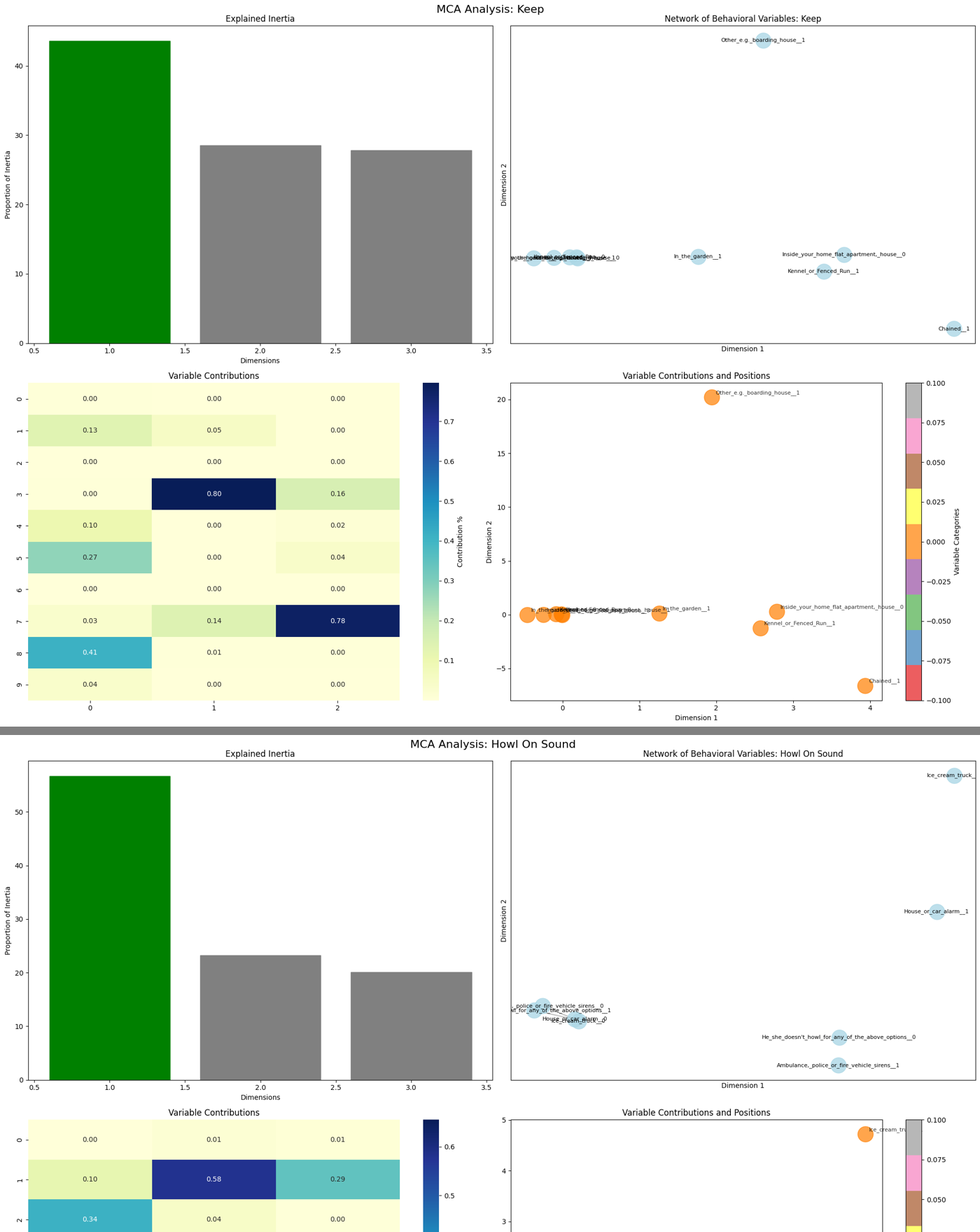
Repository: farkas99/Exploring-individual-and-demographic-factors-potentially-affecting-dogs-vocal-behaviour
Script's output: python Exploring_Dogs_Vocal_Behaviour_Analysis/MCA/scripts/mca_visualization.py
These files come from the project's save history. The script's output is drawn as it stood at one moment and after the next save; the edit follows.
The pictures show rows 0 to 1760 of an output 4213 px tall, at 70% of full size.
Each picture stacks the figures in order, with grey between them; figures that are only written to a file come last. Figures wider than 1,400 px are first shrunk to that width. Random numbers start from a fixed seed.

Above is the script's output before, as saved 2025-01-16 09:42:29.

### Exploring_Dogs_Vocal_Behaviour_Analysis/MCA/scripts/mca_visualization.py
import json
import numpy as np
import matplotlib.pyplot as plt
import networkx as nx
import seaborn as sns
import os
import pandas as pd

def load_mca_results(filepath):
    """
    Load MCA results from JSON file
    """
    with open(filepath, 'r') as f:
        results = json.load(f)
    return results

def plot_mca_results(results, filepath, title):
    """
    Create MCA visualization from loaded results
    """
    # Extract data
    col_coords = np.array(results['column_coordinates']['coordinates'])
    columns = results['column_coordinates']['columns']
    contributions = results['contributions']
    explained_inertia = results['explained_inertia']

    # Create DataFrame with coordinates
    mca_df = pd.DataFrame(col_coords,
                          columns=[f'Dim{i+1}' for i in range(col_coords.shape[1])],
                          index=columns)

    plt.figure(figsize=(20, 15))
    plt.suptitle(f'MCA Analysis: {title}', fontsize=16)

    # Network Visualization Subplot
    plt.subplot(2, 2, 2)

    # Create graph
    G = nx.Graph()

    # Compute pairwise distances between variables
    from scipy.spatial.distance import pdist, squareform
    distances = pdist(mca_df.values)
    dist_matrix = squareform(distances)

    # Add nodes with positions
    for idx, row in mca_df.iterrows():
        G.add_node(idx, pos=(row['Dim1'], row['Dim2']))

    # Add edges based on proximity
    for i, node1 in enumerate(G.nodes()):
        for j, node2 in enumerate(G.nodes()):
            if i < j:
                distance = dist_matrix[i, j]
                if distance < np.percentile(distances, 20):  # Connect closest 20%
                    G.add_edge(node1, node2, weight=1/distance)

    # Draw network
    pos = nx.get_node_attributes(G, 'pos')

    if pos:
        nx.draw_networkx_nodes(G, pos, node_color='lightblue',
                                node_size=500, alpha=0.8)
        nx.draw_networkx_edges(G, pos, alpha=0.2)
        nx.draw_networkx_labels(G, pos, font_size=8)

    plt.title(f'Network of Behavioral Variables: {title}')
    plt.xlabel('Dimension 1')
    plt.ylabel('Dimension 2')

    # Explained Inertia Subplot
    plt.subplot(2, 2, 1)
    bars = plt.bar(range(1, len(explained_inertia) + 1), explained_inertia)
    plt.title('Explained Inertia')
    plt.xlabel('Dimensions')
    plt.ylabel('Proportion of Inertia')

    # Color bars with flexible significance
    for i, bar in enumerate(bars):
        if explained_inertia[i] > np.mean(explained_inertia):
            bar.set_color('green')
        else:
            bar.set_color('gray')

    # Variable Contributions Subplot
    plt.subplot(2, 2, 3)
    contrib_df = pd.DataFrame(contributions['contributions'])
    sns.heatmap(contrib_df.iloc[:, :3],
                cmap='YlGnBu',
                annot=True,
                fmt='.2f',
                cbar_kws={'label': 'Contribution %'})
    plt.title('Variable Contributions')

    # Scatter Plot Subplot
    plt.subplot(2, 2, 4)

    # Compute point sizes based on contributions
    point_sizes = np.full(len(mca_df), 500)  # Default size
    point_colors = np.zeros(len(mca_df))

    # Map contributions to point sizes and colors
    for i, idx in enumerate(mca_df.index):
        try:
            contrib_index = list(contributions['columns']).index(idx)
            point_sizes[i] = max(contributions['contributions'][idx][0] * 1000, 100)
            point_colors[i] = contrib_index
        except (KeyError, ValueError):
            pass

    # Scatter plot with variable sizes and colors
    scatter = plt.scatter(mca_df['Dim1'], mca_df['Dim2'],
                          alpha=0.7,
                          c=point_colors,
                          s=point_sizes,
                          cmap='Set1')

    plt.colorbar(scatter, label='Variable Categories')
    plt.title('Variable Contributions and Positions')
    plt.xlabel('Dimension 1')
    plt.ylabel('Dimension 2')

    # Annotate points
    for idx, row in mca_df.iterrows():
        plt.annotate(idx,
                     (row['Dim1'], row['Dim2']),
                     xytext=(5, 5),
                     textcoords='offset points',
                     fontsize=8,
                     alpha=0.8)

    plt.tight_layout()

    # Save plot
    plt.savefig(filepath, dpi=300, bbox_inches='tight')
    plt.close()

def main():
    # Define paths
    base_dir = 'Exploring_Dogs_Vocal_Behaviour_Analysis/MCA'
    input_files = [
        f'{base_dir}/data/processed/mca_keep_results.json',
        f'{base_dir}/data/processed/mca_howl_on_sound_results.json',
        f'{base_dir}/data/processed/mca_grow_to_whom_results.json',
        f'{base_dir}/data/processed/mca_problems_results.json'
    ]

    # Process each file
    for input_file in input_files:
        # Extract filename without extension
        filename = os.path.splitext(os.path.basename(input_file))[0].replace('mca_', '').replace('_results', '')

        # Load results
        results = load_mca_results(input_file)

        # Define output plot path
        output_plot = f'{base_dir}/results/mca_{filename}_visualization.png'

        # Create visualization
        plot_mca_results(results, output_plot, filename.replace('_', ' ').title())

if __name__ == "__main__":
    main()

### Exploring_Dogs_Vocal_Behaviour_Analysis/MCA/data/processed/mca_keep_results.json
{
  "column_coordinates": {
    "coordinates": [
      [
        -0.08282311391710523,
        0.04091736116938046,
        -0.0037730493700834865
      ],
      [
        2.576560434674149,
        -1.2729061839646512,
        0.1173765301165096
      ],
      [
        -0.0038330577333187408,
        -0.03983878231461946,
        -0.017540610881054772
      ],
      [
        1.9430118109995504,
        20.194640926029592,
        8.89149511570657
      ],
      [
        -0.45781370178602016,
        -0.03652340072659681,
        0.14355235261575114
      ],
      [
        1.2599869374876556,
        0.10051907063640102,
        -0.39508229752809715
      ],
      [
        -0.012729673376887183,
        0.021413038175134628,
        -0.04971500575829267
      ],
      [
        3.9384195019942525,
        -6.624956088739863,
        15.381270392663476
      ],
      [
        2.7892820960343263,
        0.2675941744870832,
        -0.23691181049069931
      ],
      [
        -0.24788786509289495,
        -0.02378151307076628,
        0.021054723364601406
      ]
    ],
    "columns": [
      "Kennel_or_Fenced_Run__0",
      "Kennel_or_Fenced_Run__1",
      "Other_e.g._boarding_house__0",
      "Other_e.g._boarding_house__1",
      "In_the_garden__0",
      "In_the_garden__1",
      "Chained__0",
      "Chained__1",
      "Inside_your_home_flat_apartment,_house__0",
      "Inside_your_home_flat_apartment,_house__1"
    ]
  },
  "contributions": {
    "contributions": {
      "0": [
        0.004317709194827757,
        0.13432045903219936,
        9.526332556134265e-06,
        0.004828984575727832,
        0.09987614676228301,
        0.2748774005586541,
        0.0001049358756337324,
        0.03246599396690312,
        0.41253611366224,
        0.036662730038975196
      ],
      "1": [
        0.0016084021390347291,
        0.05003609642870667,
        0.0015706385625507769,
        0.7961709658893668,
        0.0009701876689728915,
        0.0026701336920422346,
        0.000453184638466161,
        0.14021029175655766,
        0.0057950812815284235,
        0.0005150179427746989
      ],
      "2": [
        1.4034094903461935e-05,
        0.0004365894006462068,
        0.00031244501487388257,
        0.15838121844879627,
        0.015379916896930496,
        0.04232834079491001,
        0.0025067649405581013,
        0.7755652196648917,
        0.0046612207597723455,
        0.00041424998371783684
      ]
    },
    "columns": [
      0,
      1,
      2
    ],
    "point_contributions": {
      "0": [
        0.004317709194827757,
        0.13432045903219936,
        9.526332556134265e-06,
        0.004828984575727832,
        0.09987614676228301,
        0.2748774005586541,
        0.0001049358756337324,
        0.03246599396690312,
        0.41253611366224,
        0.036662730038975196
      ],
      "1": [
        0.0016084021390347291,
        0.05003609642870667,
        0.0015706385625507769,
        0.7961709658893668,
        0.0009701876689728915,
        0.0026701336920422346,
        0.000453184638466161,
        0.14021029175655766,
        0.0057950812815284235,
        0.0005150179427746989
      ],
      "2": [
        1.4034094903461935e-05,
        0.0004365894006462068,
        0.00031244501487388257,
        0.15838121844879627,
        0.015379916896930496,
        0.04232834079491001,
        0.0025067649405581013,
        0.7755652196648917,
        0.0046612207597723455,
        0.00041424998371783684
      ]
    }
  },
  "eigenvalues": [
    0.3078499393412026,
    0.20170187922611116,
    0.1965576350956544
  ],
  "explained_inertia": [
    43.598048113393745,
    28.56524270844632,
    27.83670917815993
  ]
}

### Exploring_Dogs_Vocal_Behaviour_Analysis/MCA/data/processed/mca_howl_on_sound_results.json
{
  "column_coordinates": {
    "coordinates": [
      [
        -0.07393286471112662,
        -0.11501795601311914,
        0.0753121341413081
      ],
      [
        3.0318033393569728,
        4.716600993199621,
        -3.0883637564413084
      ],
      [
        2.0808541358751405,
        -0.4388295742955237,
        -0.1446217495671108
      ],
      [
        -0.4426388220442031,
        0.09334772798124821,
        0.03076390592050547
      ],
      [
        -0.1066624518544471,
        -0.07518907631168721,
        -0.14095625313344823
      ],
      [
        2.8879260833756533,
        2.0357725787304957,
        3.8164436778041133
      ],
      [
        -0.37531063605715687,
        0.1791498845457121,
        0.05530774658377981
      ],
      [
        2.0742927794233643,
        -0.9901379717123426,
        -0.3056786788409616
      ]
    ],
    "columns": [
      "Ice_cream_truck__0",
      "Ice_cream_truck__1",
      "He_she_doesn't_howl_for_any_of_the_above_options__0",
      "He_she_doesn't_howl_for_any_of_the_above_options__1",
      "House_or_car_alarm__0",
      "House_or_car_alarm__1",
      "Ambulance,_police_or_fire_vehicle_sirens__0",
      "Ambulance,_police_or_fire_vehicle_sirens__1"
    ]
  },
  "contributions": {
    "contributions": {
      "0": [
        0.0023909207443113235,
        0.09804572736446554,
        0.34031753710010576,
        0.07239226966748508,
        0.004916156391416761,
        0.1331067871203702,
        0.05344531859311615,
        0.29538528301872924
      ],
      "1": [
        0.014130744070021585,
        0.5794667530668998,
        0.03696038266151368,
        0.007862204256193443,
        0.005965621460778852,
        0.16152144940038501,
        0.02973751125686081,
        0.16435533382734657
      ],
      "2": [
        0.006991927368963156,
        0.28672159300996275,
        0.00463281719241719,
        0.0009854918273429468,
        0.024196254649548422,
        0.6551227138279767,
        0.0032709713653057554,
        0.018078230758483128
      ]
    },
    "columns": [
      0,
      1,
      2
    ],
    "point_contributions": {
      "0": [
        0.0023909207443113235,
        0.09804572736446554,
        0.34031753710010576,
        0.07239226966748508,
        0.004916156391416761,
        0.1331067871203702,
        0.05344531859311615,
        0.29538528301872924
      ],
      "1": [
        0.014130744070021585,
        0.5794667530668998,
        0.03696038266151368,
        0.007862204256193443,
        0.005965621460778852,
        0.16152144940038501,
        0.02973751125686081,
        0.16435533382734657
      ],
      "2": [
        0.006991927368963156,
        0.28672159300996275,
        0.00463281719241719,
        0.0009854918273429468,
        0.024196254649548422,
        0.6551227138279767,
        0.0032709713653057554,
        0.018078230758483128
      ]
    }
  },
  "eigenvalues": [
    0.5579385372275995,
    0.22847712809768256,
    0.1979745988558773
  ],
  "explained_inertia": [
    56.678591563652525,
    23.210015012464147,
    20.111393423883317
  ]
}

### Exploring_Dogs_Vocal_Behaviour_Analysis/MCA/data/processed/mca_grow_to_whom_results.json
{
  "column_coordinates": {
    "coordinates": [
      [
        -0.28704527932165463,
        -0.07809139636053977,
        0.04019631152172433
      ],
      [
        2.085324507024628,
        0.5673178217849274,
        -0.2920178785254244
      ],
      [
        -0.2526996455129686,
        0.6199633653333252,
        -0.0186722410488011
      ],
      [
        0.38613877959153736,
        -0.9473376853984797,
        0.02853219819991068
      ],
      [
        -0.18165842988045922,
        -0.06425372047445031,
        -0.01041475283735968
      ],
      [
        3.040327753427881,
        1.075382902670794,
        0.1743065935192427
      ],
      [
        -0.20476795411026458,
        -0.03888070213416984,
        0.0689239366558169
      ],
      [
        1.6799743187300162,
        0.31898829757522995,
        -0.5654715066655135
      ],
      [
        0.24983968073026766,
        -0.411233457274096,
        -0.019143159027468735
      ],
      [
        -0.7871991723455154,
        1.2957214653041895,
        0.06031659542013079
      ],
      [
        -0.18204588651684425,
        -0.009595545191499933,
        -0.06919626571322464
      ],
      [
        1.740620215505102,
        0.091747197691127,
        0.6616157126228573
      ],
      [
        -0.19232091157031084,
        -0.06011889556735446,
        0.040169861161618706
      ],
      [
        2.759593739372901,
        0.862640086671133,
        -0.5763933649646509
      ],
      [
        -0.30250800385802307,
        0.05046884709069102,
        0.1570725453242237
      ],
      [
        1.1000747492994682,
        -0.18353069539535938,
        -0.5711965922080882
      ],
      [
        -0.10514918719228401,
        -0.0080491047167736,
        -0.21810016121325138
      ],
      [
        1.5543663745119303,
        0.11898577678778359,
        3.224062552624139
      ]
    ],
    "columns": [
      "Adult_man__0",
      "Adult_man__1",
      "Another_dog__0",
      "Another_dog__1",
      "Adult_woman__0",
      "Adult_woman__1",
      "Postman__0",
      "Postman__1",
      "He_she_doesn't_growl__0",
      "He_she_doesn't_growl__1",
      "Children_less_than_10_years_old__0",
      "Children_less_than_10_years_old__1",
      "A_man_with_a_beard__0",
      "A_man_with_a_beard__1",
      "A_person_who_walks_unusually_limping,_walking_with_a_cane,_staggering__0",
      "A_person_who_walks_unusually_limping,_walking_with_a_cane,_staggering__1",
      "veterinarian__0",
      "veterinarian__1"
    ]
  },
  "contributions": {
    "contributions": {
      "0": [
        0.023117295703728596,
        0.16794236568196888,
        0.012319883534524487,
        0.018825450993705525,
        0.009939231134469638,
        0.16634802076483718,
        0.011929427477875513,
        0.09787240336049424,
        0.015123676572459905,
        0.04765194082006128,
        0.009576500628440317,
        0.09156510430746909,
        0.011036702084039052,
        0.1583645466619117,
        0.022909330055400988,
        0.08331011145457862,
        0.0033054367464593693,
        0.04886257201757584
      ],
      "1": [
        0.004095280048351636,
        0.02975136141635337,
        0.17748857764525167,
        0.27121218403077546,
        0.002976317481036007,
        0.0498131611429265,
        0.001029448998110482,
        0.008445891285980578,
        0.09807367480931972,
        0.3090122250121292,
        6.368328088062795e-05,
        0.0006089036572669538,
        0.002581364347064775,
        0.037039741716261856,
        0.0015262526646853925,
        0.005550239980623535,
        4.636104152066963e-05,
        0.0006853314414623231
      ],
      "2": [
        0.0015504226183355927,
        0.011263499228766407,
        0.00023005501542943923,
        0.00035153655525121816,
        0.00011173290534363804,
        0.0018700186570528368,
        0.004622503478349923,
        0.037924328372623536,
        0.00030367094531770104,
        0.0009568116486570332,
        0.00473207800461052,
        0.04524546417262783,
        0.001646752918631205,
        0.02362909476376596,
        0.02112422043198303,
        0.07681853438419059,
        0.048637412505507224,
        0.7189818633935572
      ]
    },
    "columns": [
      0,
      1,
      2
    ],
    "point_contributions": {
      "0": [
        0.023117295703728596,
        0.16794236568196888,
        0.012319883534524487,
        0.018825450993705525,
        0.009939231134469638,
        0.16634802076483718,
        0.011929427477875513,
        0.09787240336049424,
        0.015123676572459905,
        0.04765194082006128,
        0.009576500628440317,
        0.09156510430746909,
        0.011036702084039052,
        0.1583645466619117,
        0.022909330055400988,
        0.08331011145457862,
        0.0033054367464593693,
        0.04886257201757584
      ],
      "1": [
        0.004095280048351636,
        0.02975136141635337,
        0.17748857764525167,
        0.27121218403077546,
        0.002976317481036007,
        0.0498131611429265,
        0.001029448998110482,
        0.008445891285980578,
        0.09807367480931972,
        0.3090122250121292,
        6.368328088062795e-05,
        0.0006089036572669538,
        0.002581364347064775,
        0.037039741716261856,
        0.0015262526646853925,
        0.005550239980623535,
        4.636104152066963e-05,
        0.0006853314414623231
      ],
      "2": [
        0.0015504226183355927,
        0.011263499228766407,
        0.00023005501542943923,
        0.00035153655525121816,
        0.00011173290534363804,
        0.0018700186570528368,
        0.004622503478349923,
        0.037924328372623536,
        0.00030367094531770104,
        0.0009568116486570332,
        0.00473207800461052,
        0.04524546417262783,
        0.001646752918631205,
        0.02362909476376596,
        0.02112422043198303,
        0.07681853438419059,
        0.048637412505507224,
        0.7189818633935572
      ]
    }
  },
  "eigenvalues": [
    0.3481068288383736,
    0.1454358672143237,
    0.10178201971939747
  ],
  "explained_inertia": [
    58.47343804412745,
    24.429670625333184,
    17.09689133053938
  ]
}

Loaded but not shown: Exploring_Dogs_Vocal_Behaviour_Analysis/MCA/data/processed/mca_problems_results.json (281 lines, source omitted)

After the next save:
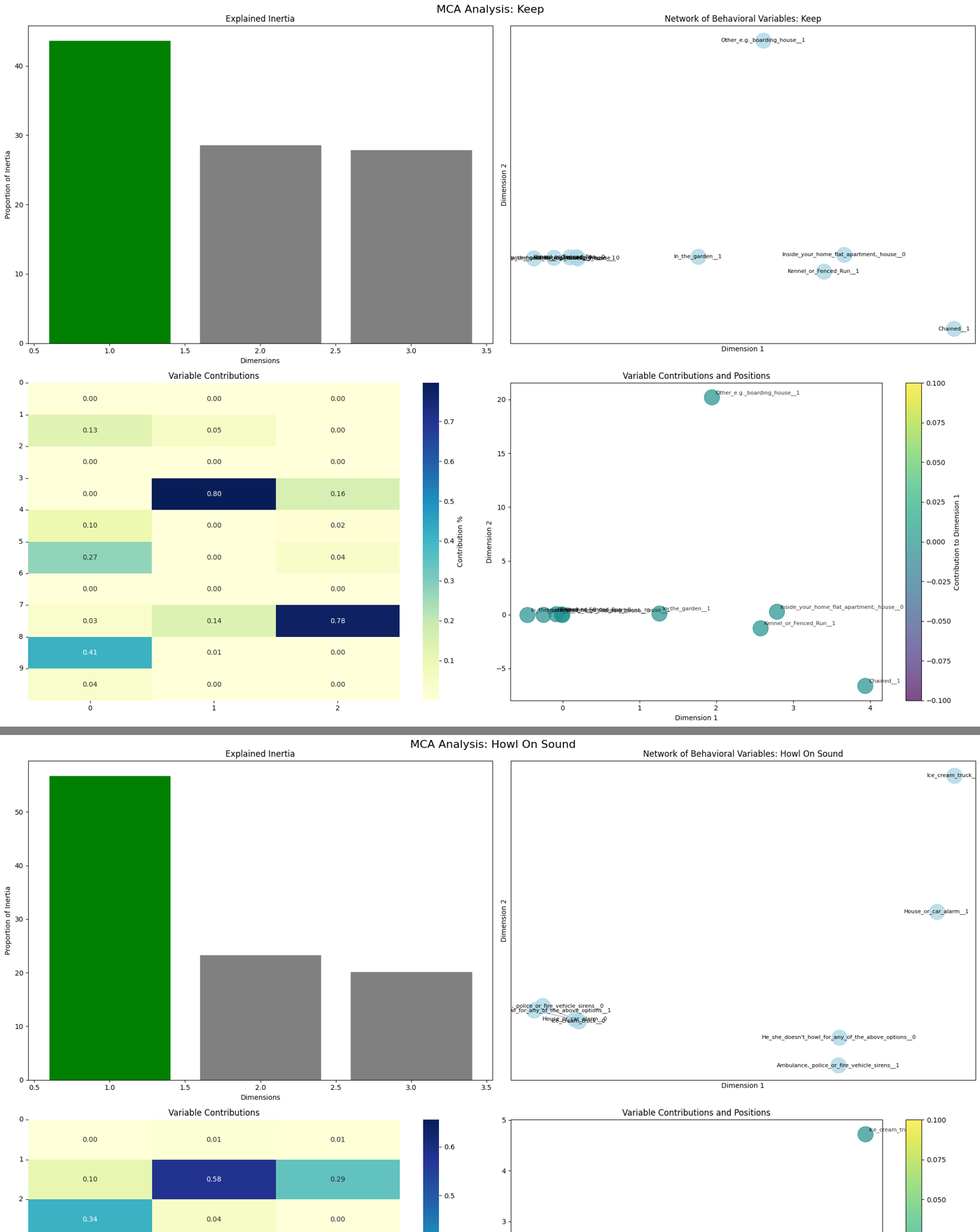
Saved 13 min 0 s later.
--- a/Exploring_Dogs_Vocal_Behaviour_Analysis/MCA/scripts/mca_visualization.py
+++ b/Exploring_Dogs_Vocal_Behaviour_Analysis/MCA/scripts/mca_visualization.py
@@ -85,27 +85,41 @@ def plot_mca_results(results, filepath, title):
     # Variable Contributions Subplot
     plt.subplot(2, 2, 3)
     contrib_df = pd.DataFrame(contributions['contributions'])
-    sns.heatmap(contrib_df.iloc[:, :3],
+
+    # Ensure we're using the first 3 columns
+    if contrib_df.shape[1] >= 3:
+        contrib_subset = contrib_df.iloc[:, :3]
+    else:
+        contrib_subset = contrib_df
+
+    # Create heatmap with row labels
+    sns.heatmap(contrib_subset,
                 cmap='YlGnBu',
                 annot=True,
                 fmt='.2f',
                 cbar_kws={'label': 'Contribution %'})
     plt.title('Variable Contributions')
+    plt.yticks(range(len(contrib_subset.index)), contrib_subset.index, rotation=0)
 
     # Scatter Plot Subplot
     plt.subplot(2, 2, 4)
 
     # Compute point sizes based on contributions
     point_sizes = np.full(len(mca_df), 500)  # Default size
+
+    # Use contribution values for color mapping
     point_colors = np.zeros(len(mca_df))
-
-    # Map contributions to point sizes and colors
     for i, idx in enumerate(mca_df.index):
         try:
+            # Find the index in the contributions
             contrib_index = list(contributions['columns']).index(idx)
+
+            # Scale point size based on contribution
             point_sizes[i] = max(contributions['contributions'][idx][0] * 1000, 100)
-            point_colors[i] = contrib_index
-        except (KeyError, ValueError):
+
+            # Use first dimension's contribution for color
+            point_colors[i] = contributions['contributions'][idx][0]
+        except (KeyError, ValueError, IndexError):
             pass
 
     # Scatter plot with variable sizes and colors
@@ -113,9 +127,9 @@ def plot_mca_results(results, filepath, title):
                           alpha=0.7,
                           c=point_colors,
                           s=point_sizes,
-                          cmap='Set1')
+                          cmap='viridis')
 
-    plt.colorbar(scatter, label='Variable Categories')
+    plt.colorbar(scatter, label='Contribution to Dimension 1')
     plt.title('Variable Contributions and Positions')
     plt.xlabel('Dimension 1')
     plt.ylabel('Dimension 2')
